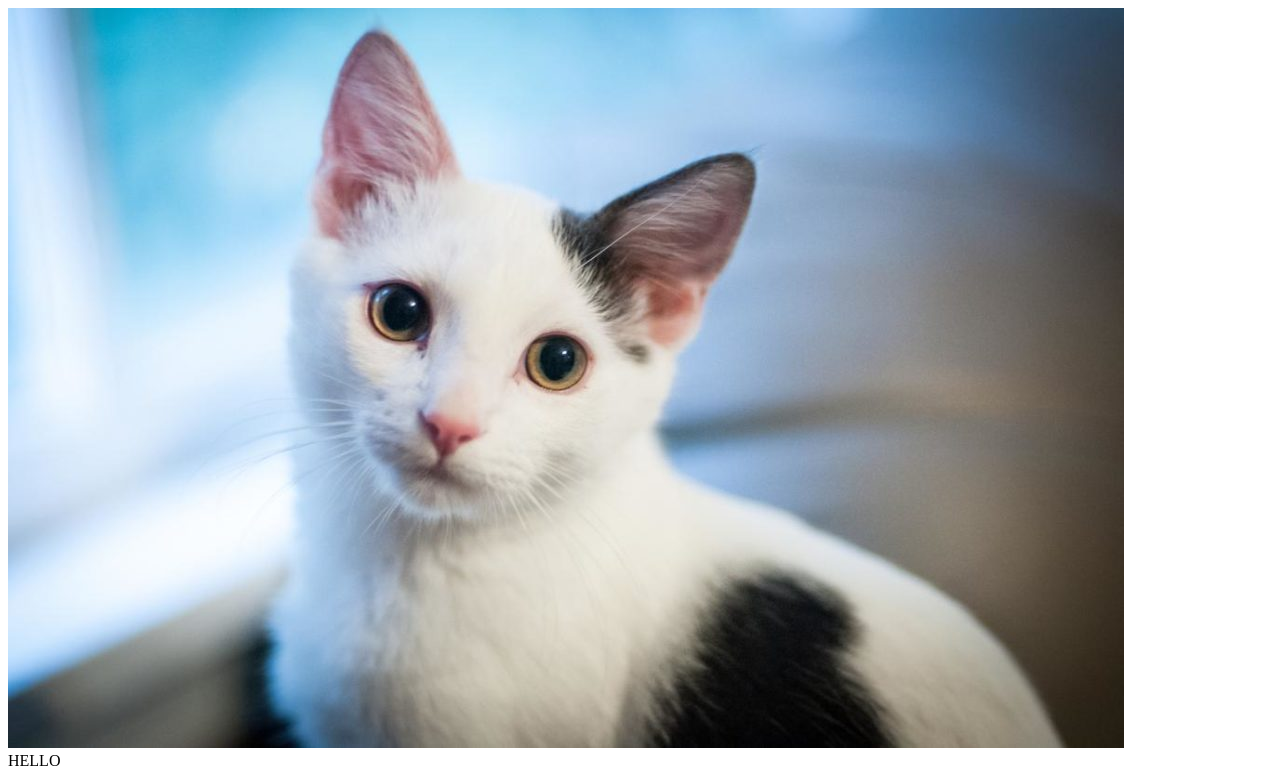
Repository: AustinW24/pg-catfacts
Page: cat-facts.html
These files come from the project's save history. The page is drawn as it stood at one moment and after the next save; the edit follows.
The browser window is 1280 px wide. The pictures show the whole page.
The page's requests for data from a server got no answer.

Above is the page before, as saved 2021-12-29 15:22:40.

### cat-facts.html
<!doctype html>
<html lang="en">
<head>
  <meta charset="utf-8">
  <title>Cat Facts</title>
  <meta name="description" content="Description Goes Here">
  <link rel="stylesheet" href="cat-facts.css">
</head>
<body>
  <script src="./cat-facts.js"></script>
  <div class="popup-container">
    <div>
        <img src="./images/cat-img.jpeg">
    </div>
    <div>HELLO</div>
  </div>
</body>
</html>

### cat-facts.css
* {
    box-sizing: border-box;
}
.popup-container {
    display: flex;
    flex-direction: column;
}

### cat-facts.js
document.addEventListener('DOMContentLoaded', ()=>{

    async function getCatFacts(){
      let response = await fetch(`https://cat-fact.herokuapp.com/facts`);
      let data = await response.json()
      console.log(data)
      return data;
    }
    getCatFacts()

 })

After the next save:
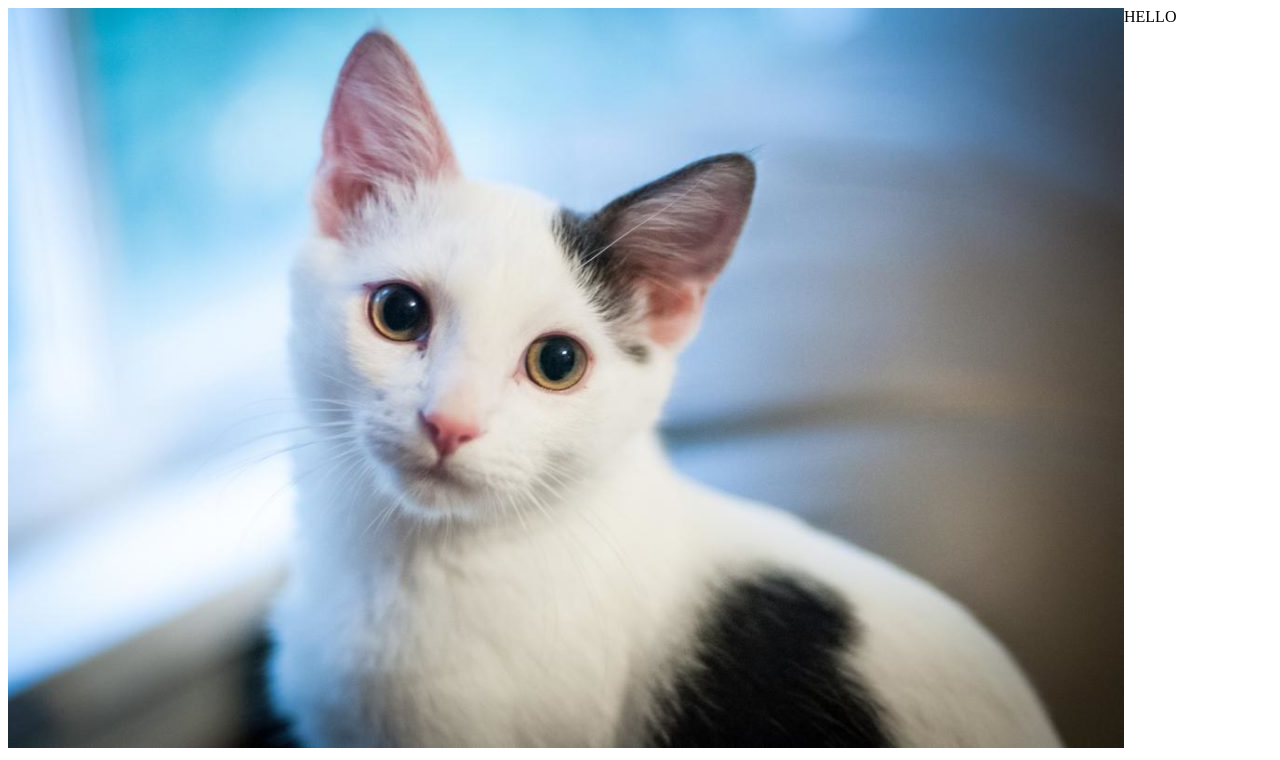
Saved 10 s later.
--- a/cat-facts.css
+++ b/cat-facts.css
@@ -3,5 +3,5 @@
 }
 .popup-container {
     display: flex;
-    flex-direction: column;
+    flex-direction: row;
 }
